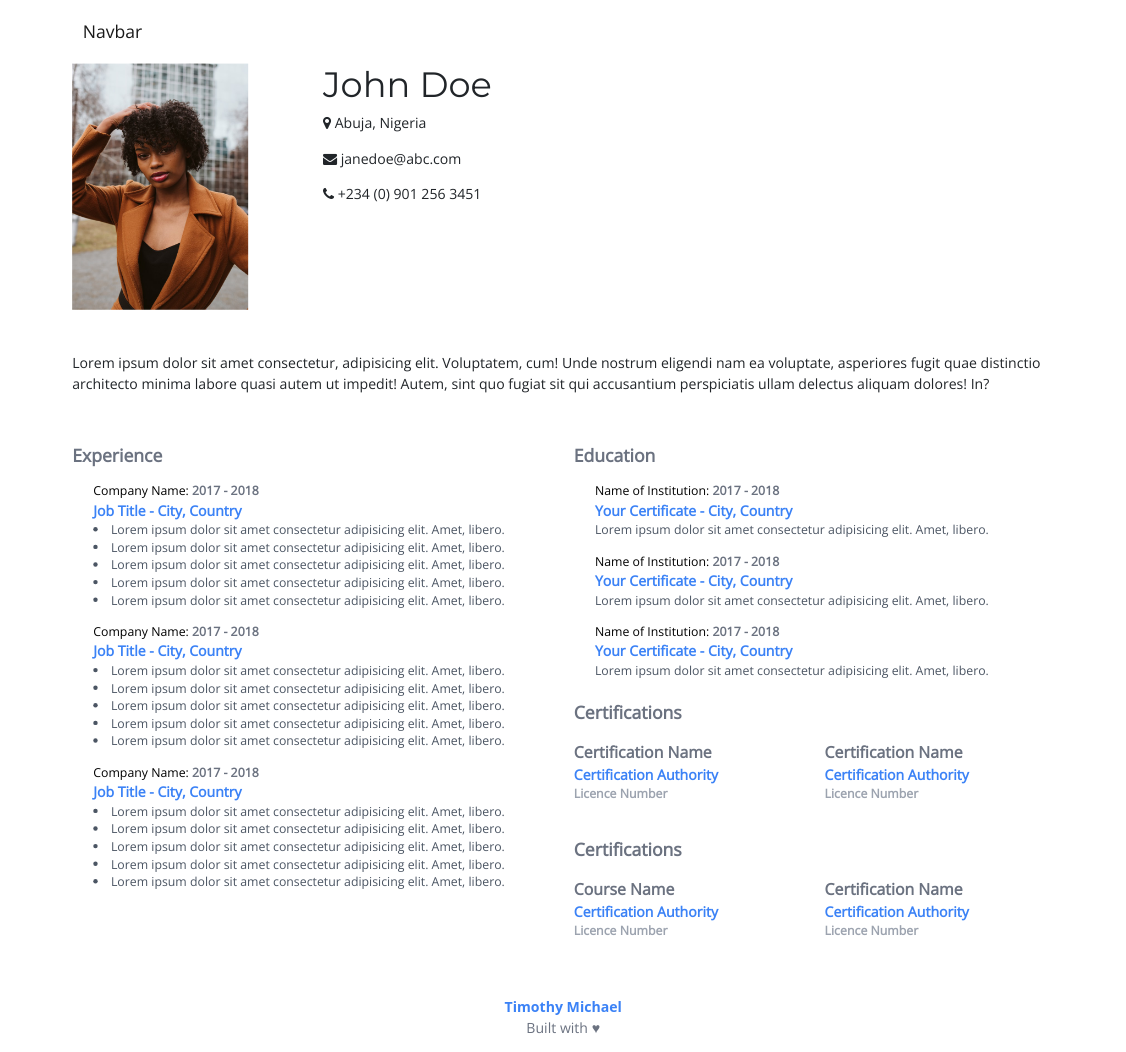
Repository: latenightsnacc/giggles
Page: HTML/CV.html
An editor plug-in stored every save of this project. The page is shown before and after the next save, followed by the edit.
The browser window is 1280 px wide. The pictures show the whole page, at 88% of full size.
Some web libraries are served in a nearby version.

Above is the page before, as saved 2021-01-05 12:21:31.

After the next save:
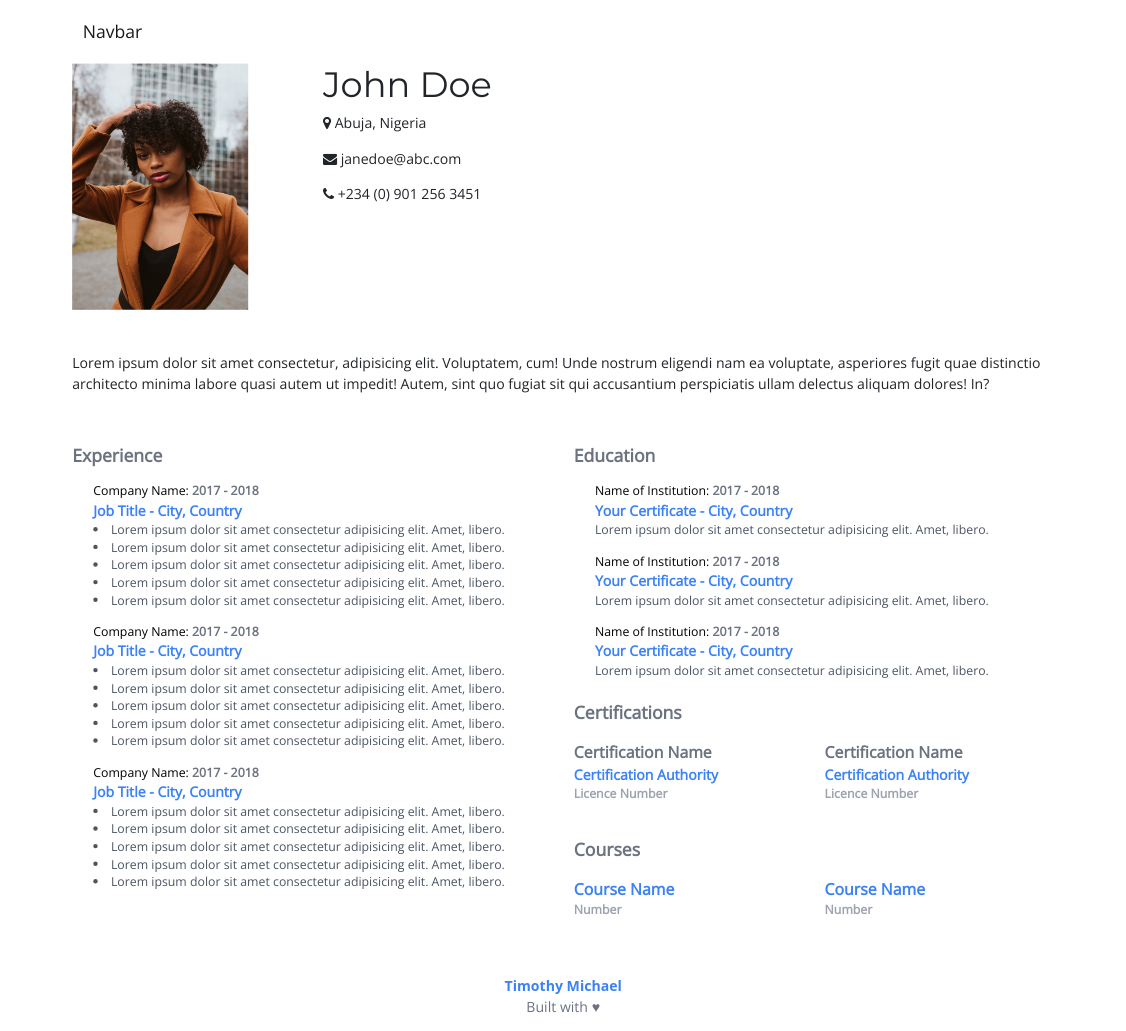
Saved 79 s later.
--- a/HTML/CV.html
+++ b/HTML/CV.html
@@ -119,17 +119,15 @@
                             <p class="font-semibold text-sm text-gray-400">Licence Number</p>
                         </div>
                     </div>
-                    <div class="text-gray-500 font-semibold text-xl py-2 mt-3 mb-2">Certifications</div>
+                    <div class="text-gray-500 font-semibold text-xl py-2 mt-3 mb-2">Courses</div>
                     <div class="row">
                         <div class="col-xs-6 col-sm-6 col-md-6 col-lg-6 col-xl-6">
-                            <div class="text-gray-500 font-semibold text-lg">Course Name</div>
-                            <div class="font-bold text-md text-blue-500">Certification Authority</div>
-                            <p class="font-semibold text-sm text-gray-400">Licence Number</p>
+                            <div class="text-blue-500 font-semibold text-lg">Course Name</div>
+                            <p class="font-semibold text-sm text-gray-400">Number</p>
                         </div>
                         <div class="col-xs-6 col-sm-6 col-md-6 col-lg-6 col-xl-6">
-                            <div class="text-gray-500 font-semibold text-lg">Certification Name</div>
-                            <div class="font-bold text-md text-blue-500">Certification Authority</div>
-                            <p class="font-semibold text-sm text-gray-400">Licence Number</p>
+                            <div class="text-blue-500 font-semibold text-lg">Course Name</div>
+                            <p class="font-semibold text-sm text-gray-400">Number</p>
                         </div>
                     </div>
 
